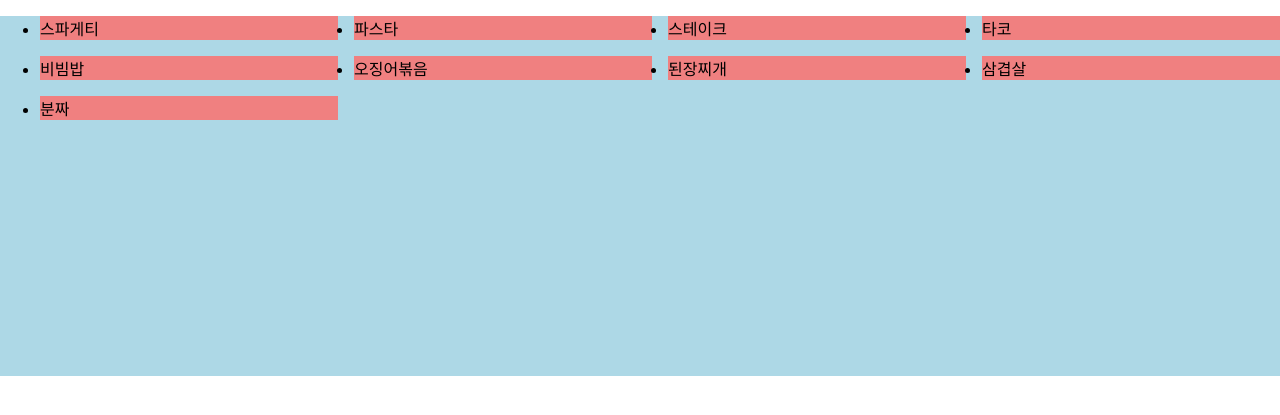
Repository: YEOMJINSEOP/playground
Page: / (app in practicegrid/)
The author's editor kept a copy of each file at every save. The page is drawn from the files as they stood at one save, then again after the next save.
The browser window is 1280 px wide. The pictures show the whole page.
The project was rebuilt for these pictures with package versions that can differ from the ones it lists, and the page was loaded fresh each time.

Above is the page before, as saved 2022-11-01 17:29:19.

### practicegrid/src/App.js
import './App.css';
import { useEffect } from 'react';

function App() {

  return (
    <div class='listContainer'>
      <ul>
        <li>스파게티</li>
        <li>파스타</li>
        <li>스테이크</li>
        <li>타코</li>
        <li>비빔밥</li>
        <li>오징어볶음</li>
        <li>된장찌개</li>
        <li>삼겹살</li>
        <li>분짜</li>
      </ul>
    </div>
  )
}

export default App;

### practicegrid/src/App.css
.listContainer{
  width: 100%;
  height: 50vh;
  background-color: lightblue;


}

ul{
  display: grid;
  grid-template-columns: repeat(4, 1fr);
  grid-gap: 1rem;

}

li{
  background-color: lightcoral;
}

Loaded but not shown: practicegrid/public/index.html (common file); practicegrid/src/index.js (common file); practicegrid/src/index.css (common file); practicegrid/src/reportWebVitals.js (common file)

After the next save:
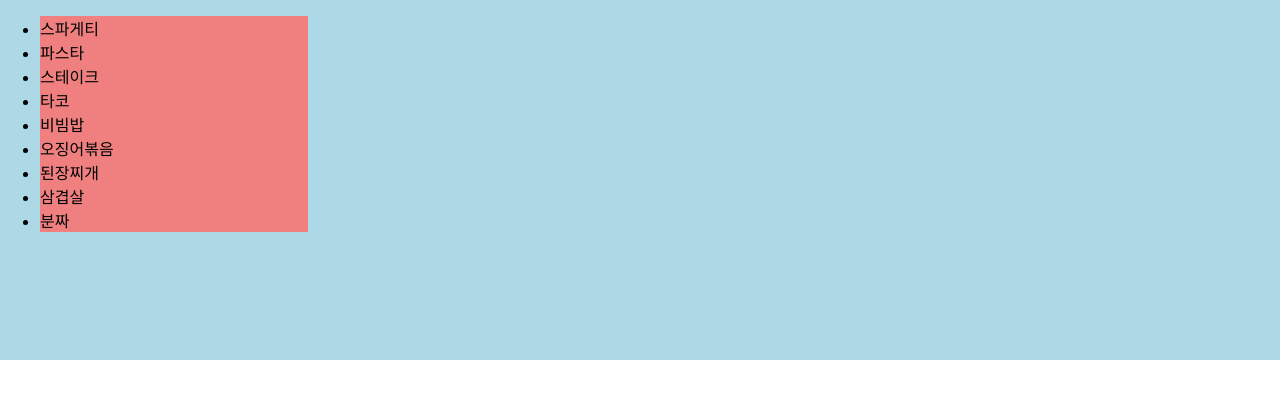
Saved 54 s later.
--- a/practicegrid/src/App.css
+++ b/practicegrid/src/App.css
@@ -3,16 +3,19 @@
   height: 50vh;
   background-color: lightblue;
 
-
-}
-
-ul{
   display: grid;
   grid-template-columns: repeat(4, 1fr);
   grid-gap: 1rem;
 
 }
 
+ul{
+  /* display: grid;
+  grid-template-columns: repeat(4, 1fr);
+  grid-gap: 1rem; */
+
+}
+
 li{
   background-color: lightcoral;
 }

After the save that followed:
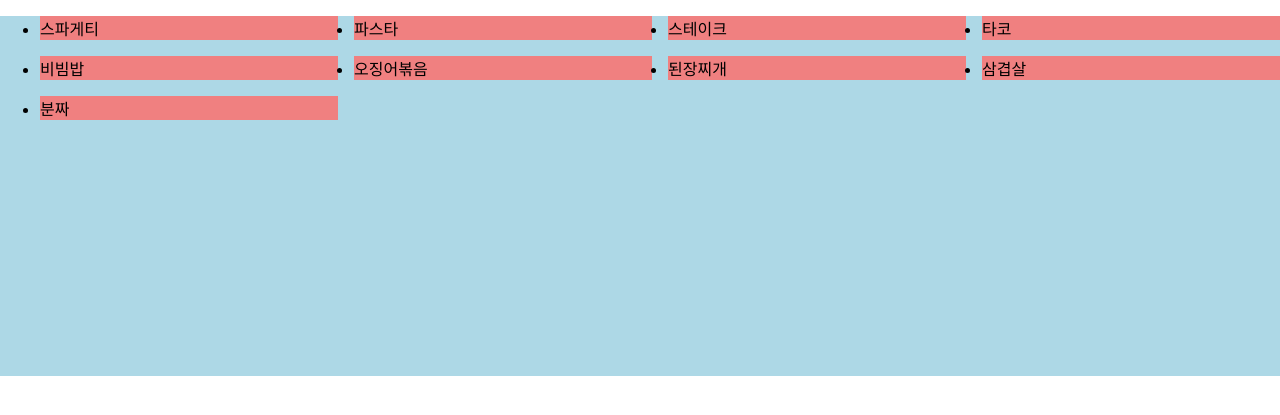
Saved 46 s later.
--- a/practicegrid/src/App.css
+++ b/practicegrid/src/App.css
@@ -3,19 +3,16 @@
   height: 50vh;
   background-color: lightblue;
 
+
+}
+
+ul{
   display: grid;
   grid-template-columns: repeat(4, 1fr);
   grid-gap: 1rem;
 
 }
 
-ul{
-  /* display: grid;
-  grid-template-columns: repeat(4, 1fr);
-  grid-gap: 1rem; */
-
-}
-
 li{
   background-color: lightcoral;
 }
